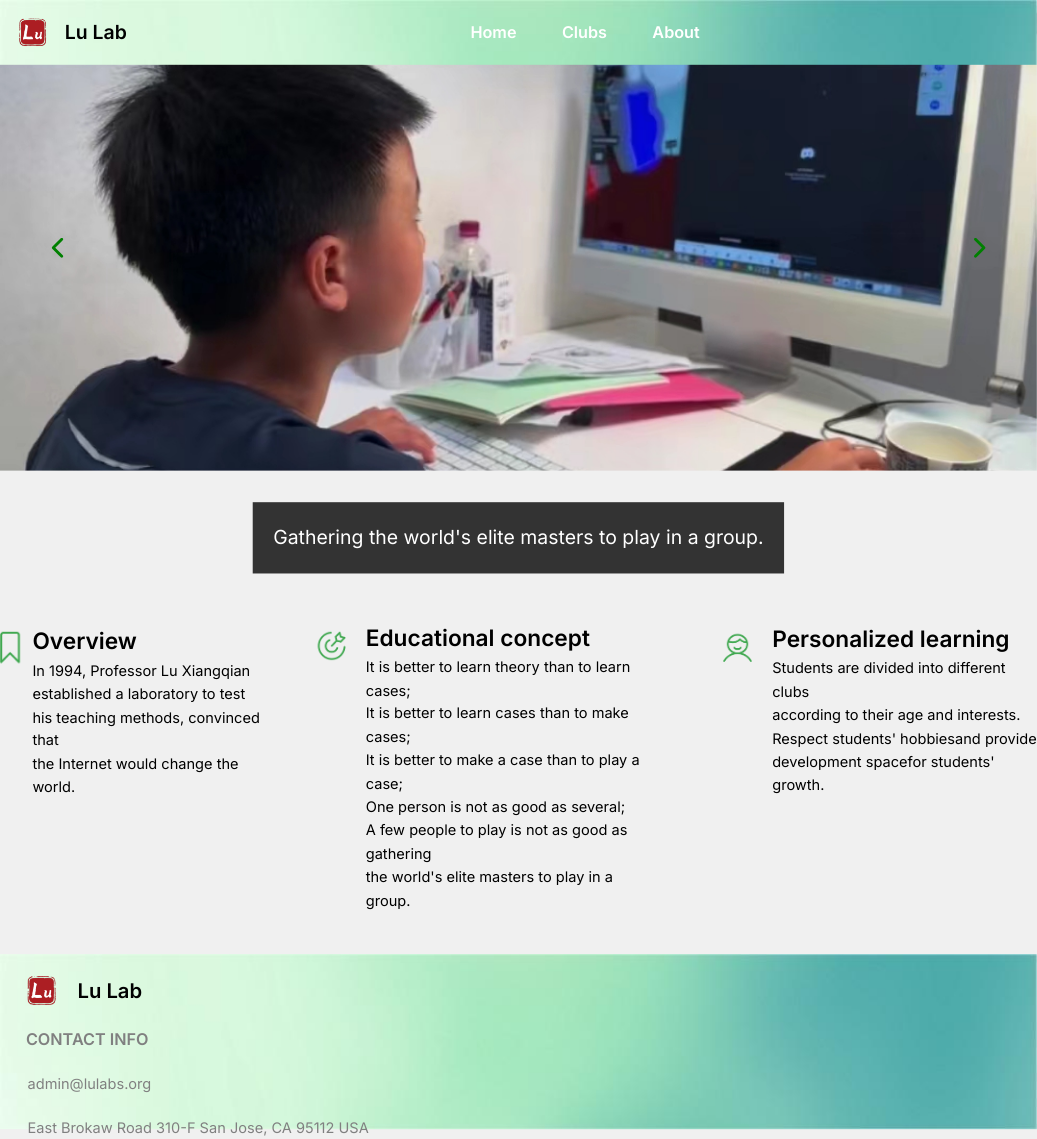
Repository: proflulab/lulab_website_next_js
Page: /
The author's editor kept a copy of each file at every save. The page is drawn from the files as they stood at one save, then again after the next save.
The browser window is 1280 px wide. The pictures show the whole page, at 81% of full size.
The project was rebuilt for these pictures with package versions that can differ from the ones it lists, and the page was loaded fresh each time. The framework's server and built-in components were replaced by stand-ins that run in the browser. Also part of the build but not shown: next.config.js, next.config.mjs.

Above is the page before, as saved 2023-12-27 21:04:05.

### app/layout.tsx
import type { Metadata } from "next";
import { Inter } from "next/font/google";
import "./globals.css";

const inter = Inter({ subsets: ["latin"] });

export const metadata: Metadata = {
  title: "Lu Lab",
  description: "Lu Lab",
};

export default function RootLayout({
  children,
}: {
  children: React.ReactNode;
}) {
  return (
    <html lang="en">
      <body className={inter.className}>{children}</body>
    </html>
  );
}

### app/page.tsx
"use client";
import "./globals.css"; // 引入全局 CSS 文件

import React, { useState, useEffect, useRef } from "react";
import { FontAwesomeIcon } from "@fortawesome/react-fontawesome";
import {
  faChevronLeft,
  faChevronRight,
} from "@fortawesome/free-solid-svg-icons";
import Image from "next/image";

import Navbar from "./title/page";
import End from "./title/end";

// export default Navbar;

const Home: React.FC = () => {
  const [images, setImages] = useState<string[]>([]);
  const [currentImageIndex, setCurrentImageIndex] = useState<number>(0);

  useEffect(() => {
    const imageUrls = ["image3.jpg", "xueyuan.jpg", "image1.jpg"];
    setImages(imageUrls);
  }, []);

  useEffect(() => {
    const interval = setInterval(() => {
      setCurrentImageIndex((prevIndex) =>
        prevIndex === images.length - 1 ? 0 : prevIndex + 1
      );
    }, 5000);

    return () => clearInterval(interval);
  }, [images]);

  const showNextImage = () => {
    setCurrentImageIndex((prevIndex) =>
      prevIndex === images.length - 1 ? 0 : prevIndex + 1
    );
  };

  const showPreviousImage = () => {
    setCurrentImageIndex((prevIndex) =>
      prevIndex === 0 ? images.length - 1 : prevIndex - 1
    );
  };
  const [windowWidth, setWindowWidth] = useState<number>(0);

  const [isMobile, setIsMobile] = useState<boolean>(false);

  useEffect(() => {
    const handleResize = () => {
      const width = window.innerWidth;
      setIsMobile(width <= 768);
    };

    handleResize(); // 初始化时调用一次，设置初始的 isMobile 值

    window.addEventListener("resize", handleResize);

    return () => {
      window.removeEventListener("resize", handleResize);
    };
  }, []); // 空数组作为依赖，确保只在组件挂载时执行一次

  return (
    <>
      <Navbar />
      <div
        style={{
          display: "flex",
          flexDirection: "column",
          alignItems: "center",
        }}
      >
        <div
          style={{
            position: "relative",
            width: "100%",
            height: "85vh",
            maxWidth: "100%",
            maxHeight: "85vh",
          }}
        >
          {images.length > 0 && (
            // eslint-disable-next-line @next/next/no-img-element
            <img
              src={images[currentImageIndex]}
              alt={`Image ${currentImageIndex + 1}`}
              style={{
                width: "100%",
                height: "95%",
                objectFit: "cover",
                ...(isMobile
                  ? {
                      height: "75vh",
                      width: "100%",
                      objectFit: "cover",
                    }
                  : {}),
              }}
            />
          )}
          <div
            style={{
              position: "absolute",
              top: "50%",
              transform: "translateY(-50%)",
              left: "5%",
              right: "5%",
              display: "flex",
              justifyContent: "space-between",
            }}
          >
            <button
              onClick={showPreviousImage}
              style={{ color: "green", fontWeight: "bold", fontSize: "28px" }}
            >
              <FontAwesomeIcon icon={faChevronLeft} />
            </button>
            <button
              onClick={showNextImage}
              style={{ color: "green", fontWeight: "bold", fontSize: "28px" }}
            >
              <FontAwesomeIcon icon={faChevronRight} />
            </button>
          </div>
        </div>

        <div
          style={{
            position: "absolute",
            top: isMobile ? "400px" : "620px",
            justifyContent: "space-between",

            backgroundColor: "#333333",
            color: "#fff",
            padding: "25px",
            zIndex: 1,
            width: isMobile ? "80%" : "auto", // 根据屏幕大小更新宽度
          }}
        >
          <p style={{ fontSize: isMobile ? "20px" : "24px" }}>
            Gathering the world&apos;s elite masters to play in a group.
          </p>
        </div>

        <div
          style={{
            fontWeight: "bold",
            fontSize: "45px",
            color: "#000000",
            textAlign: "center",
            marginTop: "40px",
            marginBottom: "40px",
          }}
        >
          Welcome to Lu Lab
        </div>
        {isMobile && (
          <>
            <div
              style={{
                marginBottom: "20px",
                display: "flex",
                alignItems: "flex-start",
              }}
            >
              <Image
                src="/Overview.png"
                alt=""
                width={25}
                height={35}
                style={{ marginLeft: "-30px" }}
              />
              <div style={{ marginLeft: "15px" }}>
                <p
                  style={{
                    fontSize: "28px",
                    fontWeight: "600",
                    marginBottom: "5px",
                    marginTop: "-5px",
                  }}
                >
                  Overview
                </p>
                <p
                  style={{
                    fontSize: "18px",
                    fontWeight: "400",
                    lineHeight: "1.5",
                  }}
                >
                  In 1994, Professor Lu Xiangqian
                  <br /> established a laboratory to test
                  <br />
                  his teaching methods, convinced that
                  <br /> the Internet would change the world. <br />
                </p>
              </div>
            </div>

            <div
              style={{
                marginBottom: "20px",
                display: "flex",
                alignItems: "flex-start",
              }}
            >
              <Image
                src="/Edu.png"
                alt=""
                width={35}
                height={35}
                style={{ marginLeft: "35px" }}
              />
              <div style={{ marginLeft: "15px" }}>
                <p
                  style={{
                    fontSize: "28px",
                    fontWeight: "600",
                    marginBottom: "5px",
                    marginTop: "-5px",
                  }}
                >
                  Educational concept
                </p>
                <p
                  style={{
                    fontSize: "18px",
                    fontWeight: "400",
                    lineHeight: "1.5",
                  }}
                >
                  It is better to learn theory than to learn cases;
                  <br />
                  It is better to learn cases than to make cases;
                  <br />
                  It is better to make a case than to play a case;
                  <br />
                  One person is not as good as several;
                  <br />
                  A few people to play is not as good as gathering
                  <br />
                  the world&apos;s elite masters to play in a group.
                </p>
              </div>
            </div>

            <div
              style={{
                marginBottom: "20px",
                display: "flex",
                alignItems: "flex-start",
              }}
            >
              <Image
                src="/Person.png"
                alt=""
                width={35}
                height={35}
                style={{ marginLeft: "-15px" }}
              />
              <div style={{ marginLeft: "15px" }}>
                <p
                  style={{
                    fontSize: "28px",
                    fontWeight: "600",
                    marginBottom: "5px",
                    marginTop: "-5px",
                  }}
                >
                  Personalized learning
                </p>
                <p
                  style={{
                    fontSize: "18px",
                    fontWeight: "400",
                    lineHeight: "1.5",
                  }}
                >
                  Students are divided into different clubs
                  <br />
                  according to their age and interests.
                  <br />
                  Respect students&apos; hobbies and provide
                  <br />
                  development space for students&apos; growth.
                </p>
              </div>
            </div>
          </>
        )}

        {!isMobile && (
          <div
            style={{
              display: "flex",
              justifyContent: "left",
              marginTop: "20px",
            }}
          >
            <div style={{ flex: "1", marginRight: "20px" }}>
              <Image src="/Overview.png" alt="" width={25} height={35} />
              <div style={{ marginLeft: "40px" }}>
                <p
                  style={{
                    color: "black",
                    fontSize: "28px",
                    fontWeight: "600",
                    marginTop: "-50px",
                    textAlign: "left",
                  }}
                >
                  Overview
                </p>
                <p
                  style={{
                    color: "black",
                    fontSize: "18px",
                    fontWeight: "400",
                    textAlign: "left",
                  }}
                >
                  In 1994, Professor Lu Xiangqian
                  <br /> established a laboratory to test
                  <br />
                  his teaching methods, convinced that
                  <br /> the Internet would change the world. <br />
                </p>
              </div>
            </div>
            <div
              style={{ flex: "1.2", marginRight: "60px", marginLeft: "20px" }}
            >
              {" "}
              {/* 将 Edu 部分的 flex 值调整为 1.5 */}
              <Image src="/Edu.png" alt="" width={35} height={35} />
              <div style={{ marginLeft: "60px" }}>
                <p
                  style={{
                    color: "black",
                    fontSize: "28px",
                    fontWeight: "600",
                    marginTop: "-50px",
                    textAlign: "left",
                  }}
                >
                  Educational concept
                </p>
                <p
                  style={{
                    color: "black",
                    fontSize: "18px",
                    fontWeight: "400",
                    textAlign: "left",
                  }}
                >
                  It is better to learn theory than to learn cases;
                  <br /> It is better to learn cases than to make cases;
                  <br /> It is better to make a case than to play a case;
                  <br /> One person is not as good as several;
                  <br /> A few people to play is not as good as gathering
                  <br /> the world&apos;s elite masters to play in a group.
                </p>
              </div>
            </div>
            <div style={{ flex: "1.1", marginLeft: "20px" }}>
              <Image src="/Person.png" alt="" width={35} height={35} />
              <div style={{ marginLeft: "60px" }}>
                <p
                  style={{
                    color: "black",
                    fontSize: "28px",
                    fontWeight: "600",
                    marginTop: "-50px",
                    textAlign: "left",
                  }}
                >
                  Personalized learning
                </p>
                <p
                  style={{
                    color: "black",
                    fontSize: "18px",
                    fontWeight: "400",
                    textAlign: "left",
                  }}
                >
                  Students are divided into different clubs
                  <br /> according to their age and interests.
                  <br /> Respect students&apos; hobbiesand provide
                  <br /> development spacefor students&apos; growth.
                </p>
              </div>
            </div>
          </div>
        )}

        <hr
          style={{
            marginBottom: "50px",
          }}
        />
        <End />
      </div>
    </>
  );
};

export default Home;

### app/globals.css
@tailwind base;
@tailwind components;
@tailwind utilities;
/* 全局样式 */
body {
  font-family: Arial, sans-serif;
  margin: 0;
  padding: 0;
  background-color: #f0f0f0;
  color: #333;
}

h1 {
  font-size: 2em;
  margin-bottom: 20px;
}

p {
  font-size: 16px;
  line-height: 1.5;
}

/* 媒体查询 */
/* 在小屏幕上应用的样式 */
/* globals.css 或者其他全局CSS文件 */
/* 在文件中添加媒体查询样式 */

/* 较小屏幕尺寸下调整内容位置 */
@media (max-width: 768px) {
  .additional-content {
    top: 550px; /* 调整顶部位置 */
    padding: 15px; /* 调整内边距 */
  }
}

/* 更小屏幕尺寸下调整内容位置 */
@media (max-width: 480px) {
  .additional-content {
    top: 500px; /* 更进一步调整顶部位置 */
    padding: 10px; /* 更进一步调整内边距 */
  }
}

/* 更多媒体查询和样式 */

@media (max-width: 768px) {
  body {
    font-size: 14px;
  }

  h1 {
    font-size: 1.5em;
    margin-bottom: 15px;
  }

  p {
    font-size: 14px;
    line-height: 1.4;
  }
}

/* 在更小的屏幕上应用的样式 */
@media (max-width: 480px) {
  body {
    font-size: 12px;
  }

  h1 {
    font-size: 1.2em;
    margin-bottom: 10px;
  }

  p {
    font-size: 12px;
    line-height: 1.3;
  }
}

/* 在大屏幕上应用的样式 */
@media (min-width: 1200px) {
  body {
    font-size: 18px;
  }

  h1 {
    font-size: 2.5em;
    margin-bottom: 25px;
  }

  p {
    font-size: 18px;
    line-height: 1.6;
  }
}

/* 更多自定义样式和媒体查询可以按需添加 */

### app/title/end.tsx
"use client";
import Link from "next/link";
import { useState, useEffect, useRef } from "react";
import Image from "next/image";
const End: React.FC = () => {
  return (
    <div style={{ position: "relative" }}>
      <Image src="/title.jpg" alt="" height="230" width="1700" />
      <div
        style={{
          position: "absolute",
          top: "20px",
          left: "2%",
          display: "flex",
          alignItems: "center",
        }}
      >
        <Image src="/logo.png" alt="" height="50" width="50" />
        <p
          style={{
            color: "black",
            fontSize: "25px",
            fontWeight: "600",
            marginLeft: "20px",
          }}
        >
          Lu Lab
        </p>
      </div>
      <div
        style={{
          position: "absolute",
          top: "90px",
          left: "2.5%",
          textAlign: "left",
        }}
      >
        <div
          style={{
            color: "grey",
            fontSize: "20px",
            fontWeight: "600",
          }}
        >
          CONTACT INFO
        </div>
        <div
          style={{
            color: "grey",
            fontSize: "18px",
            fontWeight: "400",
            marginLeft: "2px",
            textAlign: "left",
          }}
        >
          <br />
          admin@lulabs.org
          <br />
          <br />
          East Brokaw Road 310-F San Jose, CA 95112 USA <br />
        </div>
      </div>
    </div>
  );
};
export default End;

Loaded but not shown: tailwind.config.ts (common file); app/title/page.tsx (272 lines, source omitted)

After the next save:
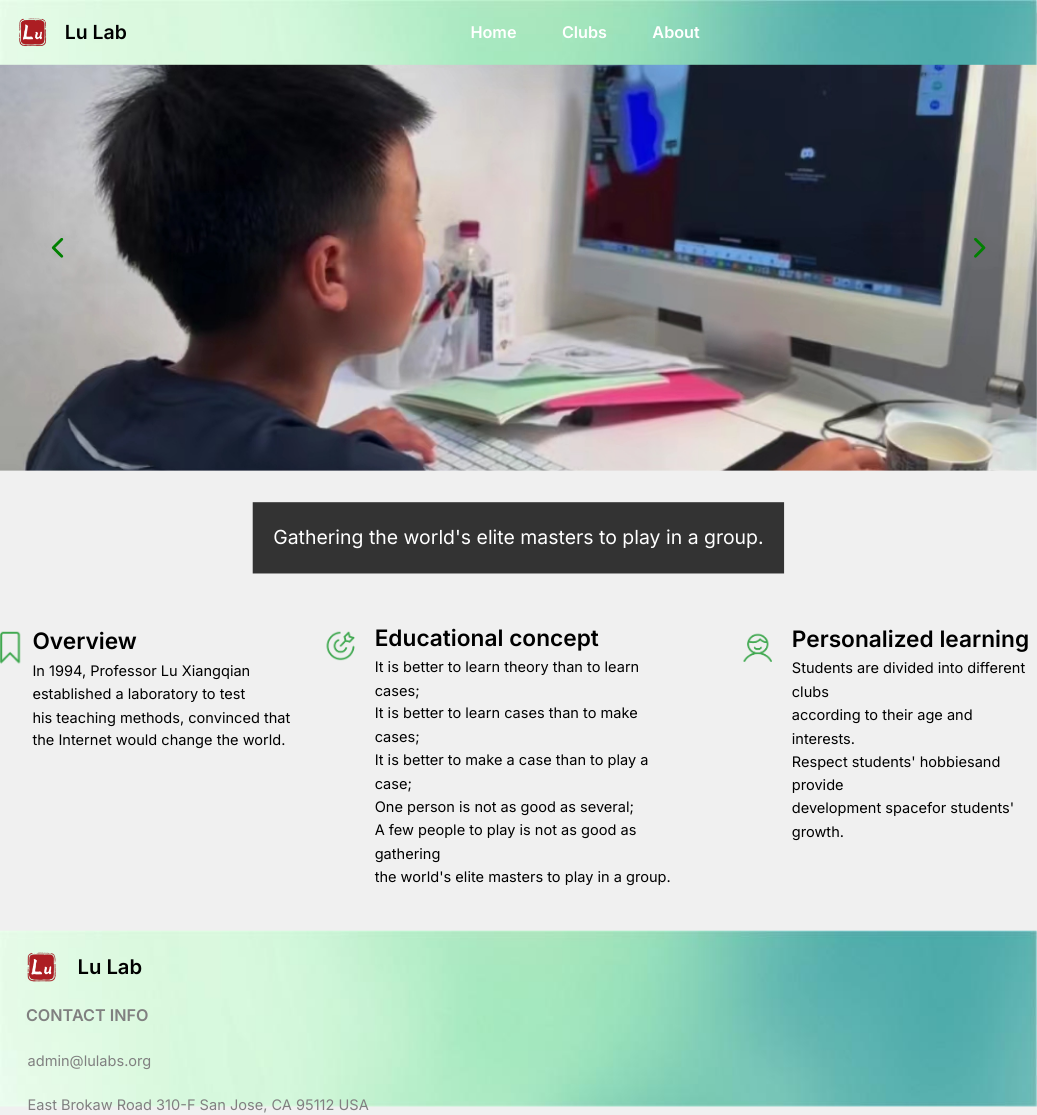
Saved 6 s later.
--- a/app/page.tsx
+++ b/app/page.tsx
@@ -365,7 +365,7 @@ const Home: React.FC = () => {
                 </p>
               </div>
             </div>
-            <div style={{ flex: "1.1", marginLeft: "20px" }}>
+            <div style={{ flex: "1", marginLeft: "20px" }}>
               <Image src="/Person.png" alt="" width={35} height={35} />
               <div style={{ marginLeft: "60px" }}>
                 <p
